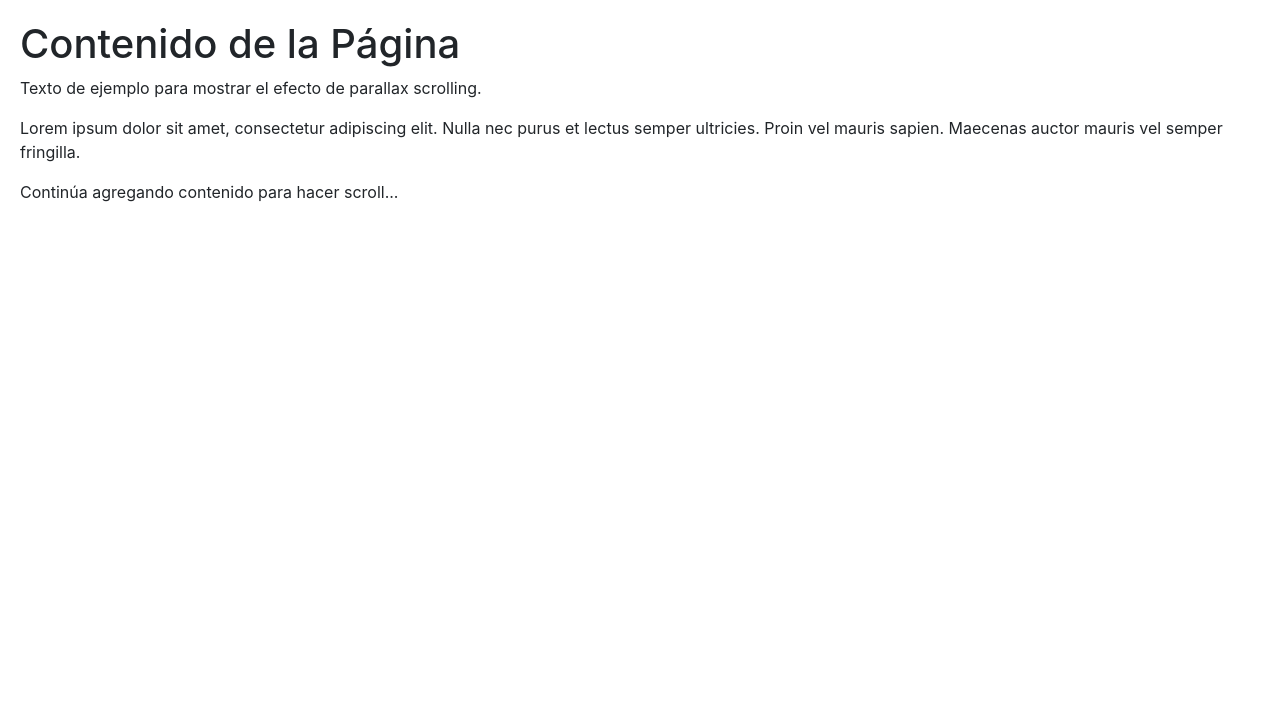
Repository: demoniers/demonIers.github.io
Page: calendar/index.html
An editor plug-in stored every save of this project. The page is shown before and after the next save, followed by the edit.
The browser window is 1280 px wide. The pictures show the whole page.
Some web libraries are served in a nearby version.

Above is the page before, as saved 2024-10-16 13:20:58.

### calendar/index.html
<!DOCTYPE html>
<html lang="es">
<head>
  <meta charset="UTF-8">
  <meta name="viewport" content="width=device-width, initial-scale=1.0">
  <title>Organigrama</title>
  <link href="https://stackpath.bootstrapcdn.com/bootstrap/4.5.2/css/bootstrap.min.css" rel="stylesheet">
  <link rel="stylesheet" href="./css/style.css">
  <!DOCTYPE html>
  <html lang="es">
  <head>
    <meta charset="UTF-8">
    <meta name="viewport" content="width=device-width, initial-scale=1.0">
    <title>Horario Semanal</title>
    <link href="https://stackpath.bootstrapcdn.com/bootstrap/4.5.2/css/bootstrap.min.css" rel="stylesheet">
    <style>
      .table th, .table td {
        text-align: center;
        vertical-align: middle;
      }
    </style>
  </head>
  <body>
    <div class="paralax"></div>

  <div class="content">
    <h1>Contenido de la Página</h1>
    <p>Texto de ejemplo para mostrar el efecto de parallax scrolling.</p>
    <p>Lorem ipsum dolor sit amet, consectetur adipiscing elit. Nulla nec purus et lectus semper ultricies. Proin vel mauris sapien. Maecenas auctor mauris vel semper fringilla.</p>
    <p>Continúa agregando contenido para hacer scroll...</p>
  </div>
  <!----    <div class="content">
        <header class="bg-primary text-white text-center py-4">
          <h1>Horario Semanal</h1>
        </header>
        <main class="container my-5">
          <table class="table table-sm">
            <thead class="thead-light">
                <tr>
                  <th rowspan="2">Actividad</th>
                  <th colspan="2">Lunes</th>
                  <th colspan="2">Martes</th>
                  <th colspan="2">Miércoles</th>
                  <th colspan="2">Jueves</th>
                  <th colspan="2">Viernes</th>
                  <th colspan="2">Sábado</th>
                  <th colspan="2">Domingo</th>
                </tr>
                <tr>
                  <td class="cuerpo">Inicio</td>
                  <td class="cuerpo">Fin</td>
                  <td class="cuerpo">Inicio</td>
                  <td class="cuerpo">Fin</td>
                  <td class="cuerpo">Inicio</td>
                  <td class="cuerpo">Fin</td>
                  <td class="cuerpo">Inicio</td>
                  <td class="cuerpo">Fin</td>
                  <td class="cuerpo">Inicio</td>
                  <td class="cuerpo">Fin</td>
                  <td class="cuerpo">Inicio</td>
                  <td class="cuerpo">Fin</td>
                  <td class="cuerpo">Inicio</td>
                  <td class="cuerpo">Fin</td>
                </tr>
            </thead>
            <tbody>
              <tr>
                <td>Clase</td>
                <td colspan="5" class="cuerpo">8:15</td>
                <td colspan="5" class="cuerpo">14:15</td>
                <td class="cuerpo"></td>
                <td class="cuerpo"></td>
                <td class="cuerpo"></td>
                <td class="cuerpo"></td>
              </tr>
              <tr>
                <td>Entreno</td>
                <td class="cuerpo">18:30 </td><td class="cuerpo"> 22:00</td>
                <td class="cuerpo">19:00 </td><td class="cuerpo"> 20:15</td>
                <td class="cuerpo">18:30 </td><td class="cuerpo"> 22:00</td>
                <td class="cuerpo">19:00 </td><td class="cuerpo"> 20:15</td>
                <td class="cuerpo">17:30 </td><td class="cuerpo"> 18:30</td>
                <td class="cuerpo">11:30 </td><td class="cuerpo"> 12:30</td>
                <td class="cuerpo"></td><td class="cuerpo"> </td>
              </tr>
              <tr>
                <td>Trabajo</td>
                <td class="cuerpo"></td><td class="cuerpo"> </td>
                <td class="cuerpo"></td><td class="cuerpo"> </td>
                <td class="cuerpo"></td><td class="cuerpo"> </td>
                <td class="cuerpo"></td><td class="cuerpo"> </td>
                <td class="cuerpo"></td><td class="cuerpo"> </td>
                <td class="cuerpo"></td><td class="cuerpo"> </td>
                <td class="cuerpo"></td><td class="cuerpo"> </td>
              </tr>
              <tr>
                <td>Viaje</td>
                <td class="cuerpo"></td><td class="cuerpo"> </td>
                <td class="cuerpo"></td><td class="cuerpo"> </td>
                <td class="cuerpo"></td><td class="cuerpo"> </td>
                <td class="cuerpo"></td><td class="cuerpo"> </td>
                <td class="cuerpo"></td><td class="cuerpo"> </td>
                <td class="cuerpo"></td><td class="cuerpo"> </td>
                <td class="cuerpo"></td><td class="cuerpo"> </td>
              </tr>
            </tbody>
          </table>
        </main>
        <br><br><br>
        <header class="bg-primary text-white text-center py-4">
          <h1>Eventos</h1>
        </header>
        <main class="container my-5">
          <table class="table table-sm">
            <thead class="thead-light">
                <tr>
                  <td class="cuerpo">Titulo</td>
                  <td class="cuerpo">Descripcion</td>
                  <td class="cuerpo">Fecha</td>
                </tr>
            </thead>
            <tbody>
              <tr>
                <td>Clase</td>
                <td class="cuerpo"></td>
                <td class="cuerpo"></td>
              </tr>
            </tbody>
          </table>
        </main>
        <footer class="bg-light text-center py-4">
          <p>&copy; 2024 Horario Semanal. Todos los derechos reservados.</p>
        </footer>
      </div>-->

    <script src="https://code.jquery.com/jquery-3.5.1.slim.min.js"></script>
    <script src="https://cdn.jsdelivr.net/npm/@popperjs/core@2.5.2/dist/umd/popper.min.js"></script>
    <script src="https://stackpath.bootstrapcdn.com/bootstrap/4.5.2/js/bootstrap.min.js"></script>
  </body>
  </html>

### calendar/css/style.css
        /* Estilo que aplica al cuerpo de la página */

        body, html {
            margin: 0;
            padding: 0;
            height: 100%;
        }
        .parallax {
            background-image: url(../img/fondo.jpg);
            height: 100%;
            background-attachment: fixed;
            background-position: center;
            background-repeat: no-repeat;
            background-size: cover;
        }
        .content {
            height: 100%;
            padding: 20px;
            background: rgba(255, 255, 255, 0.8);
        }
        table {
            background-color: black;
            color: white;
            border: 1px;
        }

After the next save:
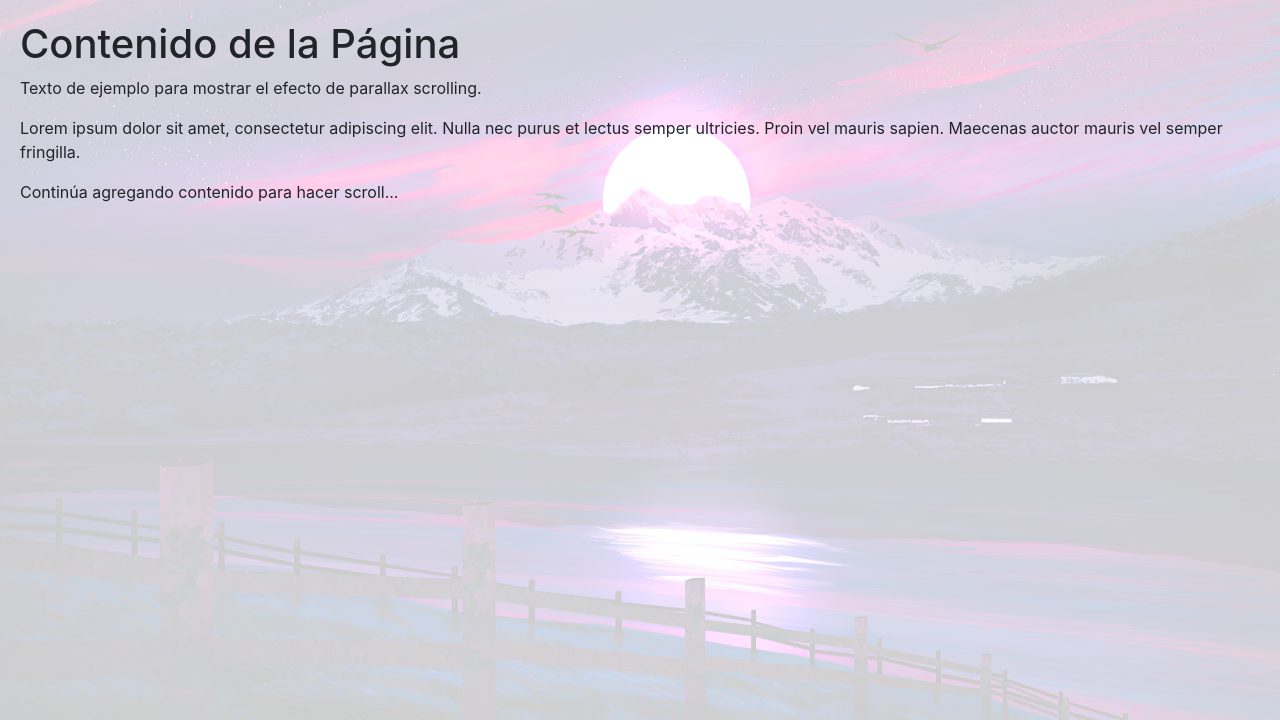
Saved 26 s later.
--- a/calendar/css/style.css
+++ b/calendar/css/style.css
@@ -1,11 +1,6 @@
         /* Estilo que aplica al cuerpo de la página */
 
         body, html {
-            margin: 0;
-            padding: 0;
-            height: 100%;
-        }
-        .parallax {
             background-image: url(../img/fondo.jpg);
             height: 100%;
             background-attachment: fixed;

After the save that followed:
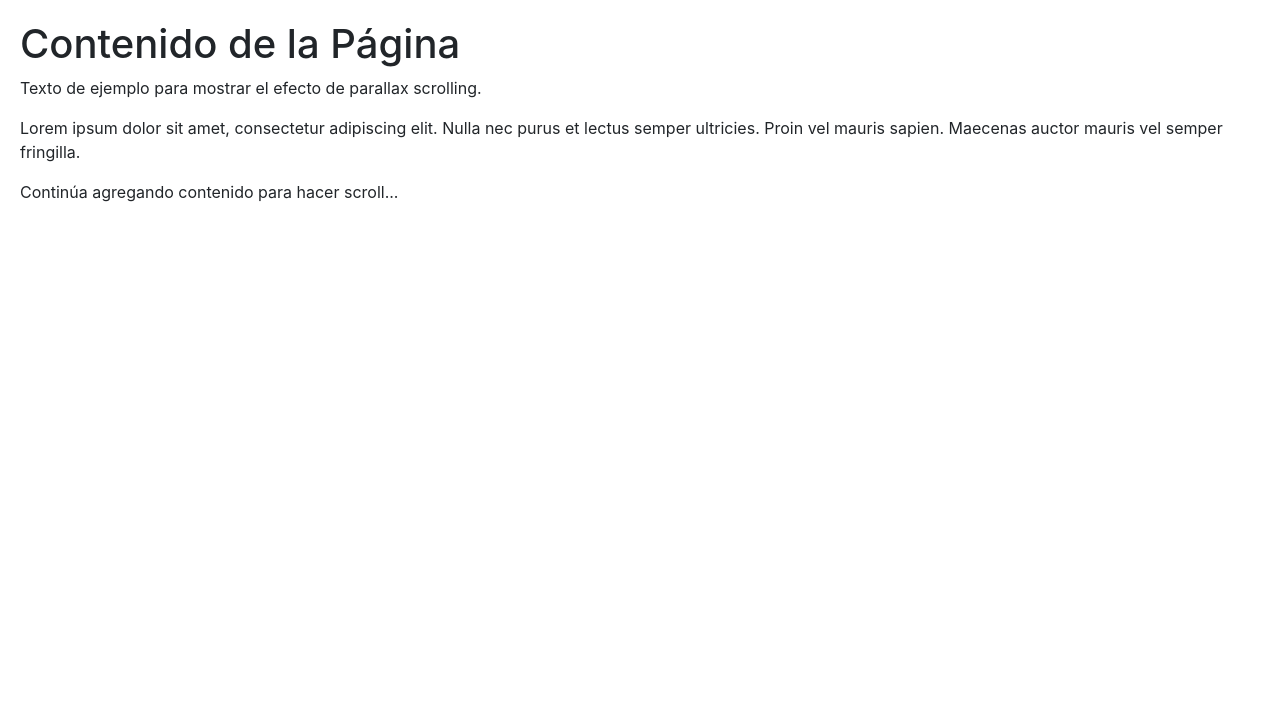
Saved 10 s later.
--- a/calendar/css/style.css
+++ b/calendar/css/style.css
@@ -1,6 +1,11 @@
         /* Estilo que aplica al cuerpo de la página */
 
         body, html {
+            margin: 0;
+            padding: 0;
+            height: 100%;
+        }
+        .parallax {
             background-image: url(../img/fondo.jpg);
             height: 100%;
             background-attachment: fixed;
